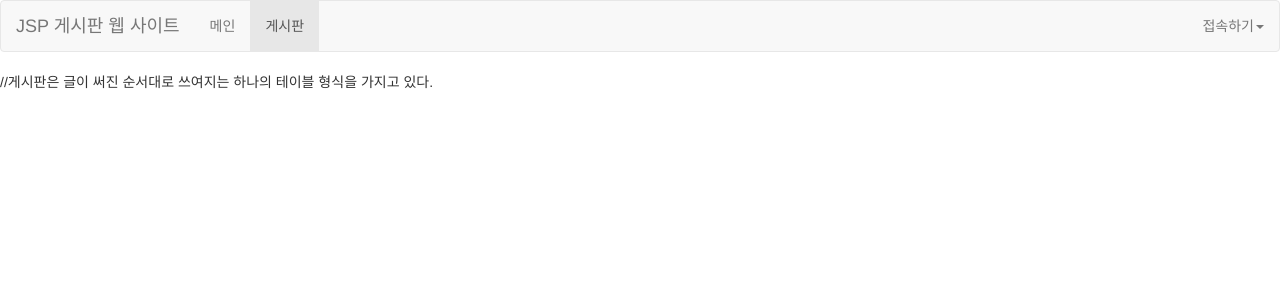
Repository: hanseu9839/BbsJSP
Page: http://localhost/BBS/bbs.jsp
The author's editor kept a copy of each file at every save. The page is drawn from the files as they stood at one save, then again after the next save.
The browser window is 1280 px wide. The pictures show the whole page.
The page is served by Tomcat 9.

Above is the page before, as saved 2021-05-02 23:39:24.

After the next save:
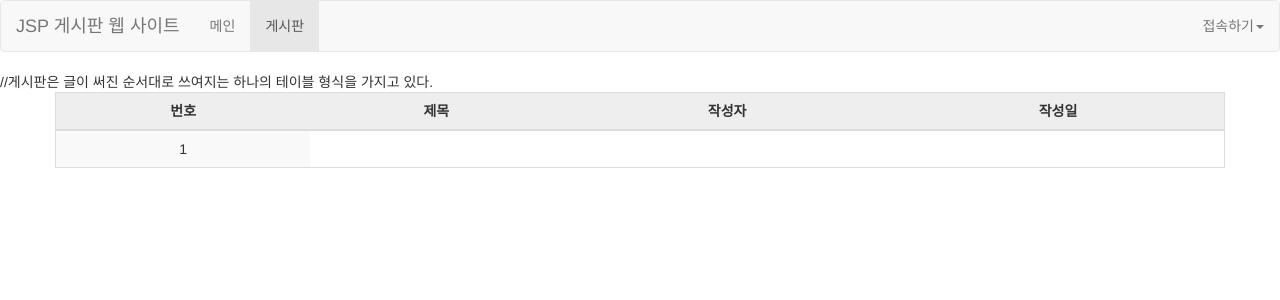
Saved 3 min 11 s later.
--- a/BBS/src/main/webapp/bbs.jsp
+++ b/BBS/src/main/webapp/bbs.jsp
@@ -68,7 +68,22 @@
    //게시판은 글이 써진 순서대로 쓰여지는 하나의 테이블 형식을 가지고 있다.
    <div class = "container">
    		<div class="row">
-   			<table class = "table table-striped"style =" text-align: center; border: 1px solid #dddddd">
+   			<table class = "table table-striped" style =" text-align: center; border: 1px solid #dddddd">
+   				<thead>
+   					<tr>
+   						<th style="background-color: #eeeeee; text-align: center;">번호</th>
+   						<th style="background-color: #eeeeee; text-align: center;">제목</th>
+   						<th style="background-color: #eeeeee; text-align: center;">작성자</th>
+   						<th style="background-color: #eeeeee; text-align: center;">작성일</th>
+   					</tr>
+   					<tbody>
+   						<tr>
+   							<td>1</td>
+   						</tr>
+   					</tbody>
+   				</thead>
+
+   			</table>
    		</div>
 
    </div>
